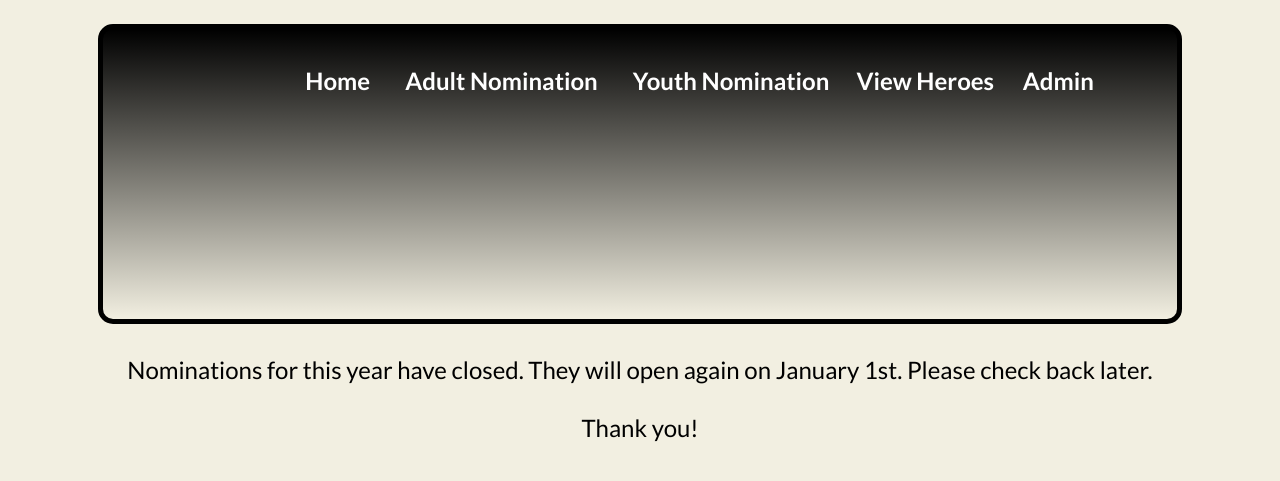
Repository: Centrattic/Young-Heroes-Website
Page: http://localhost/Frontend/adultnomination.php
An editor plug-in stored every save of this project. The page is shown before and after the next save, followed by the edit.
The browser window is 1280 px wide. The pictures show the whole page.
The page is run by PHP 8.4 with error messages shown; the project is at /var/www/html/. Queries for data that is not in the repository find no rows.

Above is the page before, as saved 2020-12-10 14:02:19.

After the next save:
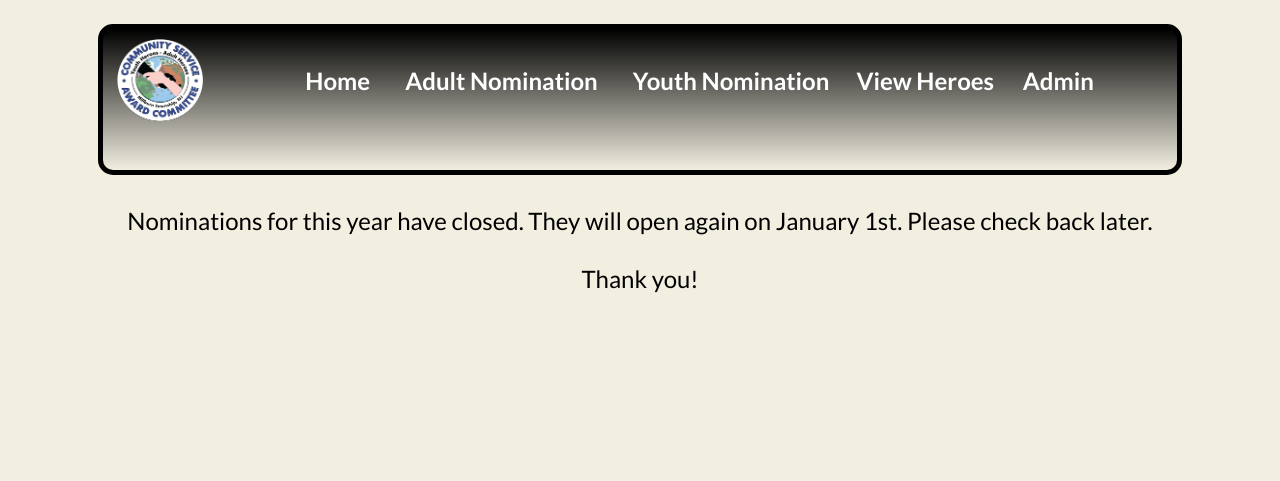
Saved 12 s later.
--- a/Eagle Project/CSS/navbar.css
+++ b/Eagle Project/CSS/navbar.css
@@ -38,7 +38,7 @@ body {
     overflow: hidden;
     border-radius: 15px;
     border: 5px solid black;
-    height: 300px !important;
+    height: auto !important;
 }
 
 .menu-area .non-dropdown:hover{
